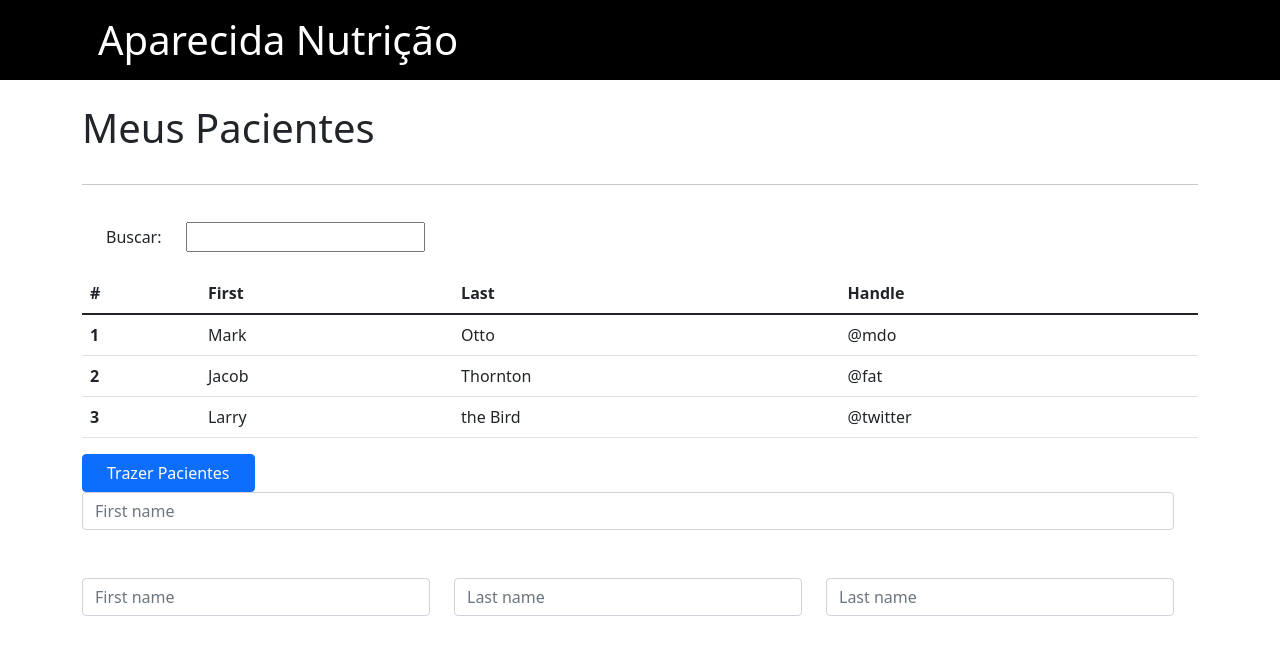
Repository: eversonps/app-paciente
Page: / (app in frontend/)
An editor plug-in stored every save of this project. The page is shown before and after the next save, followed by the edit.
The browser window is 1280 px wide. The pictures show the whole page.
The project was rebuilt for these pictures with package versions that can differ from the ones it lists, and the page was loaded fresh each time.

Above is the page before, as saved 2022-03-28 14:25:05.

After the next save:
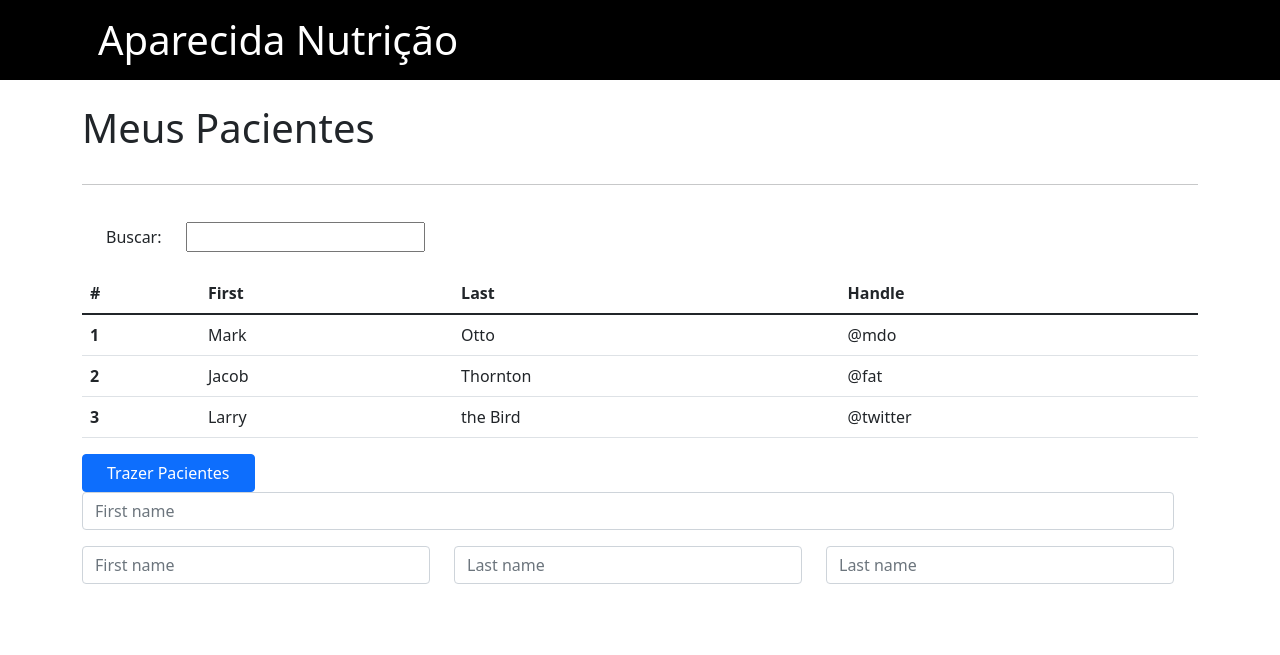
Saved 6 s later.
--- a/frontend/src/components/AddPacient.jsx
+++ b/frontend/src/components/AddPacient.jsx
@@ -3,7 +3,7 @@ import React from "react";
 export default props => (
     <form>
         <div className="row">
-            <div className="row mb-5">
+            <div className="row mb-3">
                 <div className="col">
                     <input type="text" className="form-control" placeholder="First name" />
                 </div>
